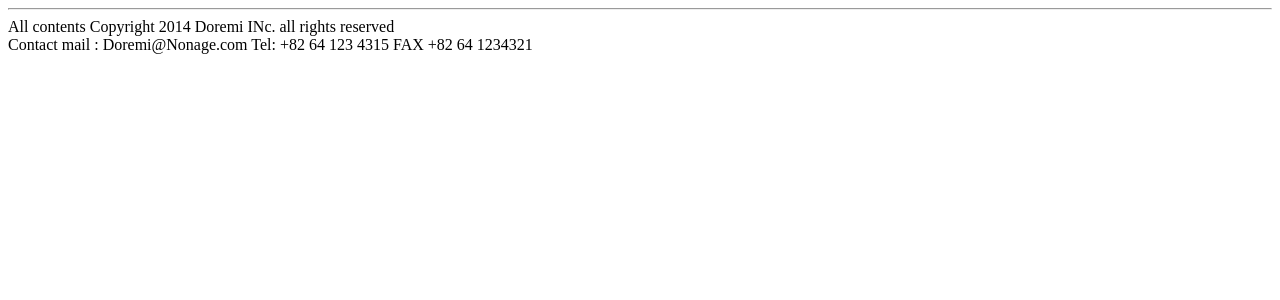
Repository: dkfagh/JSP_WS_2019_1
Page: http://localhost/191112/menu.jsp
These files come from the project's save history. The page is drawn as it stood at one moment and after the next save; the edit follows.
The browser window is 1280 px wide. The pictures show the whole page.
The page is served by Tomcat 9.

Above is the page before, as saved 2019-11-12 06:50:59.

After the next save:
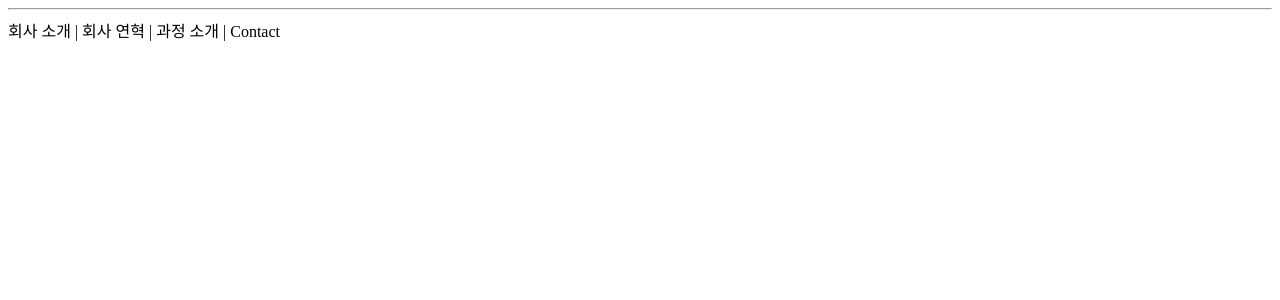
Saved 17 s later.
--- a/191112/WebContent/menu.jsp
+++ b/191112/WebContent/menu.jsp
@@ -1,7 +1,6 @@
 <%@ page language="java" contentType="text/html; charset=UTF-8"
     pageEncoding="UTF-8"%>
 <hr>
-<div id="copyright">
-All contents Copyright 2014 Doremi INc. all rights reserved<br>
-Contact mail : Doremi@Nonage.com Tel: +82 64 123 4315 FAX +82 64 1234321
+<div id="menu">
+회사 소개  |  회사 연혁  |  과정 소개  |  Contact
 </div>
